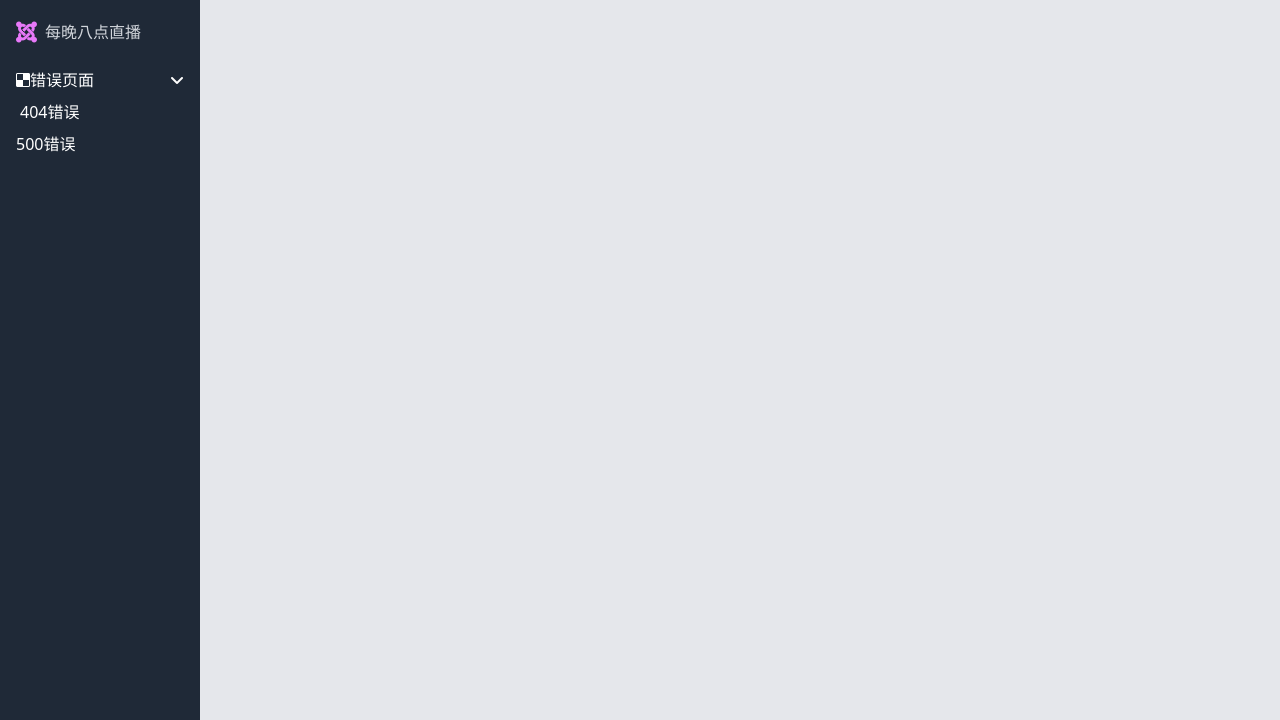
Repository: liangyingbo/vite-vue-TS
Page: /#/admin/home
These files come from the project's save history. The page is drawn as it stood at one moment and after the next save; the edit follows.
The browser window is 1280 px wide. The pictures show the whole page.
The project was rebuilt for these pictures with package versions that can differ from the ones it lists, and the page was loaded fresh each time. Also part of the build but not shown: vite.config.ts, src/components/form/HdButton.vue, src/components/form/HdInput.vue, src/components/form/hdLink.vue, src/styles/global.scss.

Above is the page before, as saved 2022-11-18 20:00:17.

### index.html
<!DOCTYPE html>
<html lang="en">
  <head>
    <meta charset="UTF-8" />
    <link rel="icon" type="image/svg+xml" href="/vite.svg" />
    <meta name="viewport" content="width=device-width, initial-scale=1.0" />
    <link href="https://cdn.bootcdn.net/ajax/libs/font-awesome/6.2.0/css/all.css" rel="stylesheet">
    <title>Vite + Vue + TS</title>
  </head>
  <body>
    <div id="app"></div>
    <script type="module" src="/src/main.ts"></script>
  </body>
</html>

### src/main.ts
import { createApp } from 'vue'
import router, { setupRouter } from '@/router'
import { setupPlugins } from '@/plugins'
import '@/styles/global.scss'
import App from './App.vue'

async function bootstrap() {
    const app = createApp(App)
    setupRouter(app)
    setupPlugins(app)
    await router.isReady()
    app.mount('#app')
}
bootstrap()

### src/router/index.ts
import { App } from 'vue';
import { createRouter, createWebHashHistory } from 'vue-router'
import routes from './routes';
import layoutRoutes from './autoLoad';
import guard from './guard';
const router = createRouter({
    history: createWebHashHistory(),
    routes : [...routes,...layoutRoutes]
})
export function setupRouter(app:App){

    guard(router)
    app.use(router)
}

export default router;

### src/plugins/index.ts
import { App } from "vue";
import { setupTailWindCssPlugin } from "./tailwindcss";

export function setupPlugins(app: App) {
    autoRegisterComponent(app)

    setupTailWindCssPlugin()
}



function autoRegisterComponent(app: App) {
    const components = import.meta.glob('../components/form/*.vue', { eager: true })
    console.log(components)
    Object.keys(components).forEach(key => {
        const name = key.split('/').pop()?.split('.')[0] as string

        app.component(name, components[key].default)
    })
}

### src/App.vue
<script setup lang="ts">

// import {info} from '@/apis/userApi'

//const response =  info()
// console.log(response.then(res=>res.data.age))
// console.log()

 </script>

 <template>

    <router-view ></router-view>
 </template>

<style scoped>
</style>

### src/router/routes.ts
import { RouteRecordRaw } from "vue-router"
 const routes = [
    {
        path:'/home',
        name:'home',
        component:() => import("@/views/home.vue"),
    }
]  as  RouteRecordRaw[]

export default routes

### src/router/autoLoad.ts
import { RouteRecordRaw } from "vue-router";


const layout = import.meta.glob('../layouts/*.vue')
const children = import.meta.glob('../views/**/*.vue')
function getRoutes() {
    const layoutRoutes = [] as RouteRecordRaw[]
    Object.entries(layout).forEach(([file, module]) => {
        const route = getRouteByModule(file, module)
        route.children = getChildrenRoutes(route)
        layoutRoutes.push(route)
    })
    return layoutRoutes
}


// 根据布局路由匹配子路由
function getChildrenRoutes(layoutRoute: RouteRecordRaw) {
    const routes = [] as RouteRecordRaw[]
    Object.entries(children).forEach(([file, module]) => {
        if (file.includes(`../views/${layoutRoute.name as string}`)) {
            const route = getRouteByModule(file, module)
            routes.push(route)
        }
    })
    return routes
}

function getRouteByModule(file: string, module: () => Promise<unknown>) {
    const name = file.replace(/.+layouts\/|.+views\/|\.vue/gi, '')
    const route = {
        name: name.replace('/', '.'),
        path: `/${name}`,
        component: module
    } as RouteRecordRaw

    return route
}
export default getRoutes()

### src/router/guard.ts
 import { RouteLocationNormalized, Router } from "vue-router"


class Guard {
    constructor(private router: Router) { }

    public run() {
          this.router.beforeEach((to,from) =>{
            console.log(to)
             if(!this.isLogin(to)) return {name:'auth.login'}


          })
    }

    private isLogin(route:RouteLocationNormalized){
        // console.log(route.meta)
        console.log(route.meta)
        return true
    }
}

export default (router: Router) => {
    new Guard(router).run()
}

### src/plugins/tailwindcss/index.ts
import './tailwindcss.css'

export function setupTailWindCssPlugin(){

}

### src/layouts/admin.vue
<template>
    <div>
         <router-view></router-view>
    </div>
</template>
<script lang="ts" setup>
import routes from "@/router/routes";


</script>

<script lang="ts">
export default {
    route:{meta:{auth:true}}
}
</script>

<style lang="scss" scoped>

</style>

### src/views/admin/home.vue
<template>
    <div class=" admin w-screen h-screen flex ">
        <div class="w-[200px] py-2 bg-gray-800">
             <div class="text-white  flex items-center py-2 px-4">
                <i class="fab fa-joomla text-2xl text-fuchsia-400 mr-2"></i>
                <span class="text-base text-gray-300">每晚八点直播</span>
             </div>
             <div class="left-container">
                <dt class="text-white mt-3">
                    <dl class="px-4">
                       <section class="flex justify-between items-center">
                        <div>
                        <i class="fab fa-delicious"></i>
                        <span>错误页面</span>
                        </div>

                        <i class="fas fa-angle-down"></i>

                       </section>
                         <dd class="my-2 px-1">404错误</dd>
                        <dd>500错误</dd>
                    </dl>
                </dt>
             </div>
        </div>
        <div class="bg-gray-200 flex-1">
            <router-view></router-view>
        </div>
    </div>
</template>

<script lang="ts" setup></script>

<style lang="scss" scoped>

</style>

Loaded but not shown: src/plugins/tailwindcss/tailwindcss.css (common file); tailwind.config.cjs (common file)

After the next save:
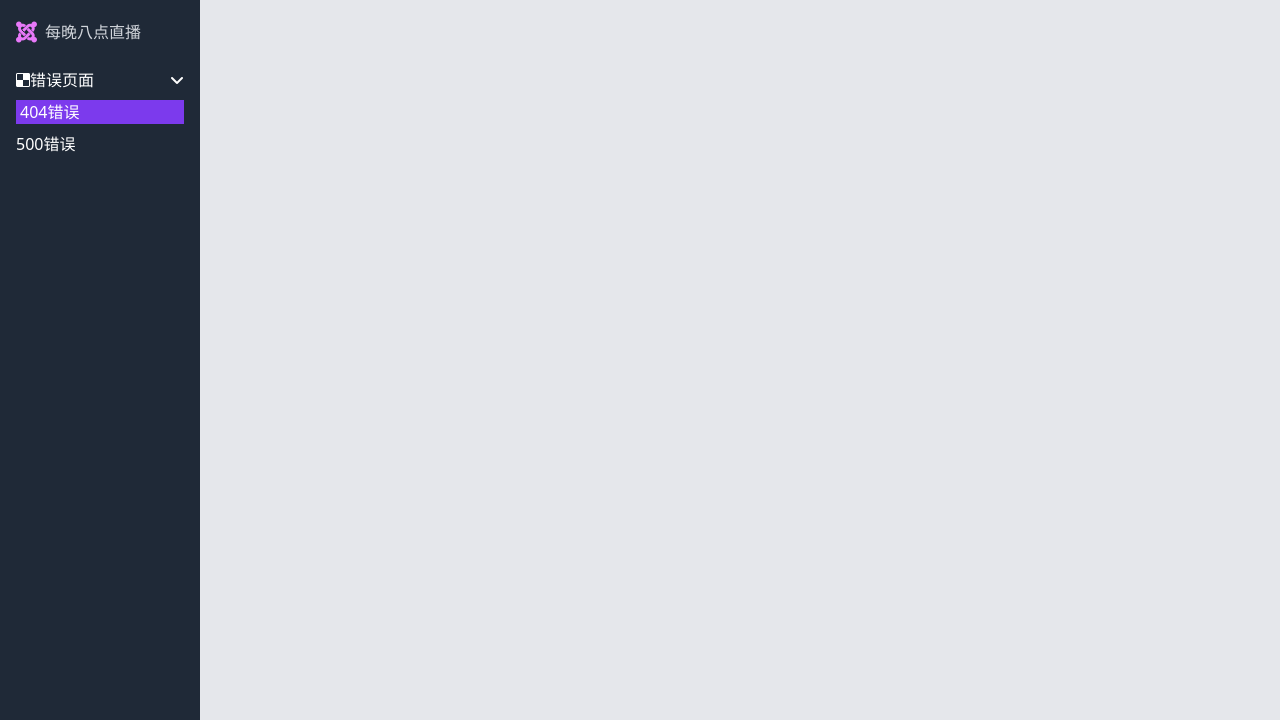
Saved 13 s later.
--- a/src/views/admin/home.vue
+++ b/src/views/admin/home.vue
@@ -17,7 +17,7 @@
                         <i class="fas fa-angle-down"></i>
 
                        </section>
-                         <dd class="my-2 px-1">404错误</dd>
+                         <dd class="my-2 px-1 bg-violet-600">404错误</dd>
                         <dd>500错误</dd>
                     </dl>
                 </dt>
